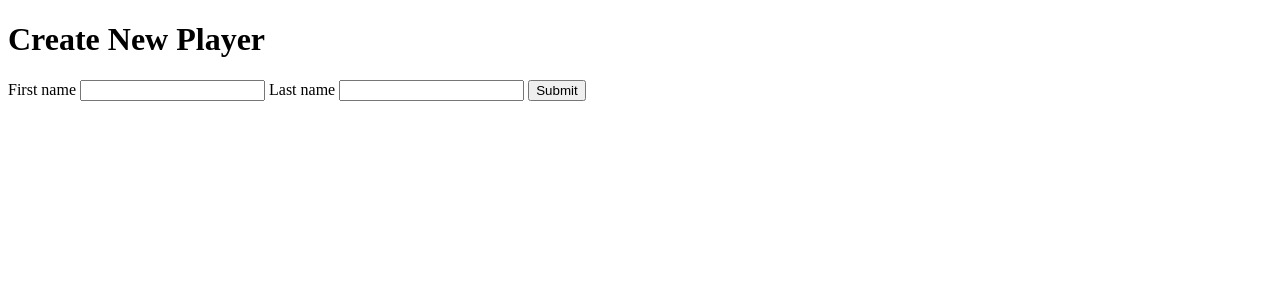
Repository: harshithamagani/Java-Basics
Page: http://localhost/team-roster/player
The author's editor kept a copy of each file at every save. The page is drawn from the files as they stood at one save, then again after the next save.
The browser window is 1280 px wide. The pictures show the whole page.
The page is served by Tomcat 9.

Above is the page before, as saved 2019-11-06 02:36:28.

After the next save:
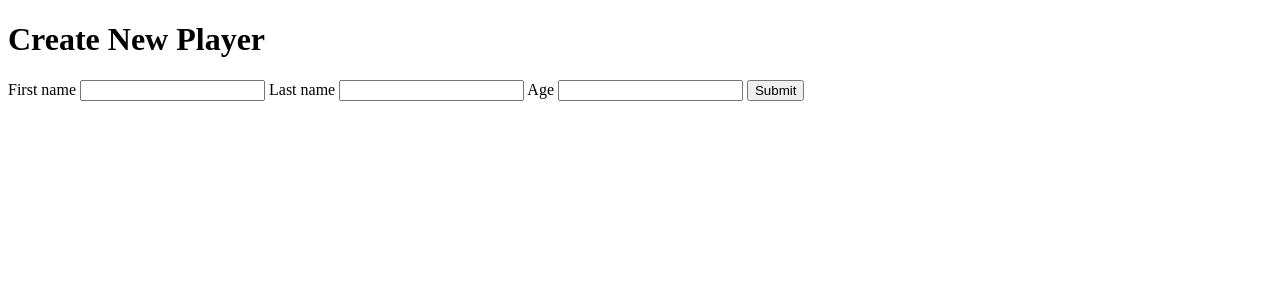
Saved 46 s later.
--- a/team-roster/WebContent/WEB-INF/createPlayerForm.jsp
+++ b/team-roster/WebContent/WEB-INF/createPlayerForm.jsp
@@ -14,6 +14,8 @@
 			  <input name="first-name" type="text">
 			  <label>Last name</label>
 			  <input name="last-name" type="text">
+			  <label>Age</label>
+			  <input name="number" type="text">
 			  <input name="submit" value="Submit" type="submit">
 		</form>
 	</div>
